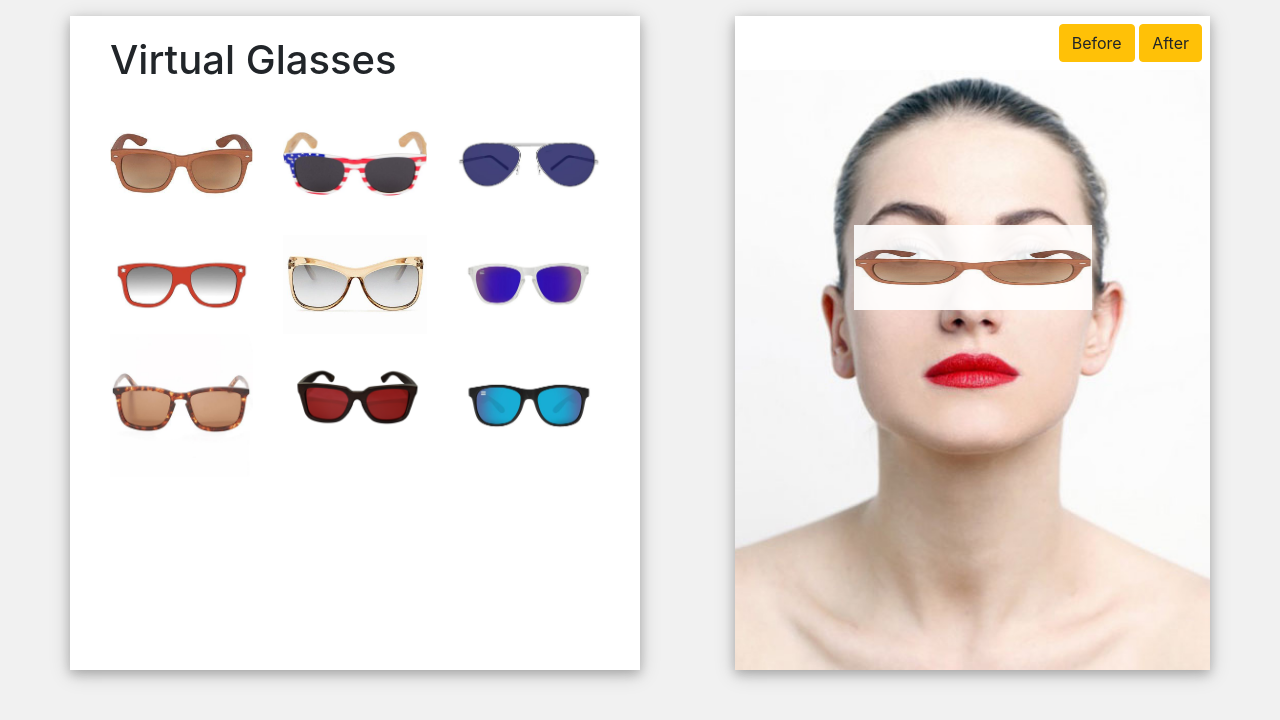
Repository: Khoi300399/BC35E_ES6_B2_MaThanhKhoi
Page: index.html
These files come from the project's save history. The page is drawn as it stood at one moment and after the next save; the edit follows.
The browser window is 1280 px wide. The pictures show the whole page.

Above is the page before, as saved 2022-10-21 18:22:50.

After the next save:
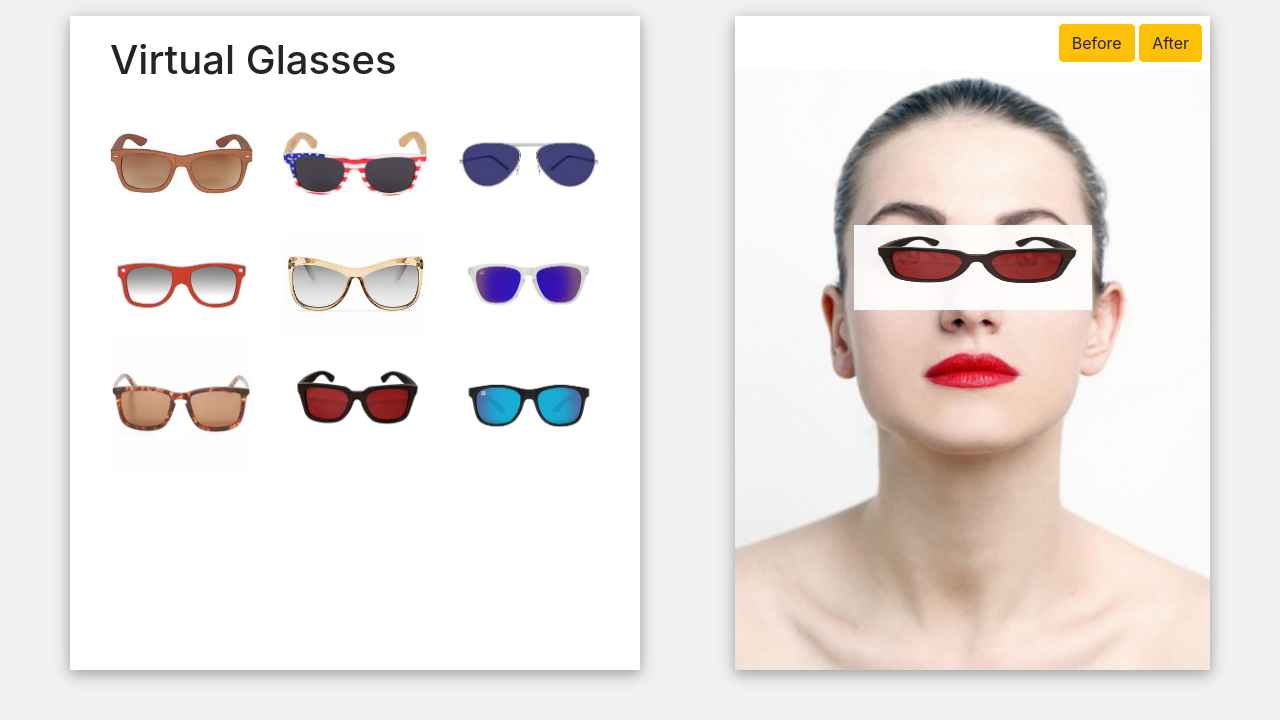
Saved 65 s later.
--- a/index.html
+++ b/index.html
@@ -43,7 +43,7 @@
               </button>
             </div>
             <div class="vglasses__model" id="avatar">
-              <img src="./img/g1.jpg" alt="" />
+              <img src="./img/g8.jpg" alt="" />
             </div>
             <div id="glassesInfo" class="vglasses__info"></div>
           </div>
